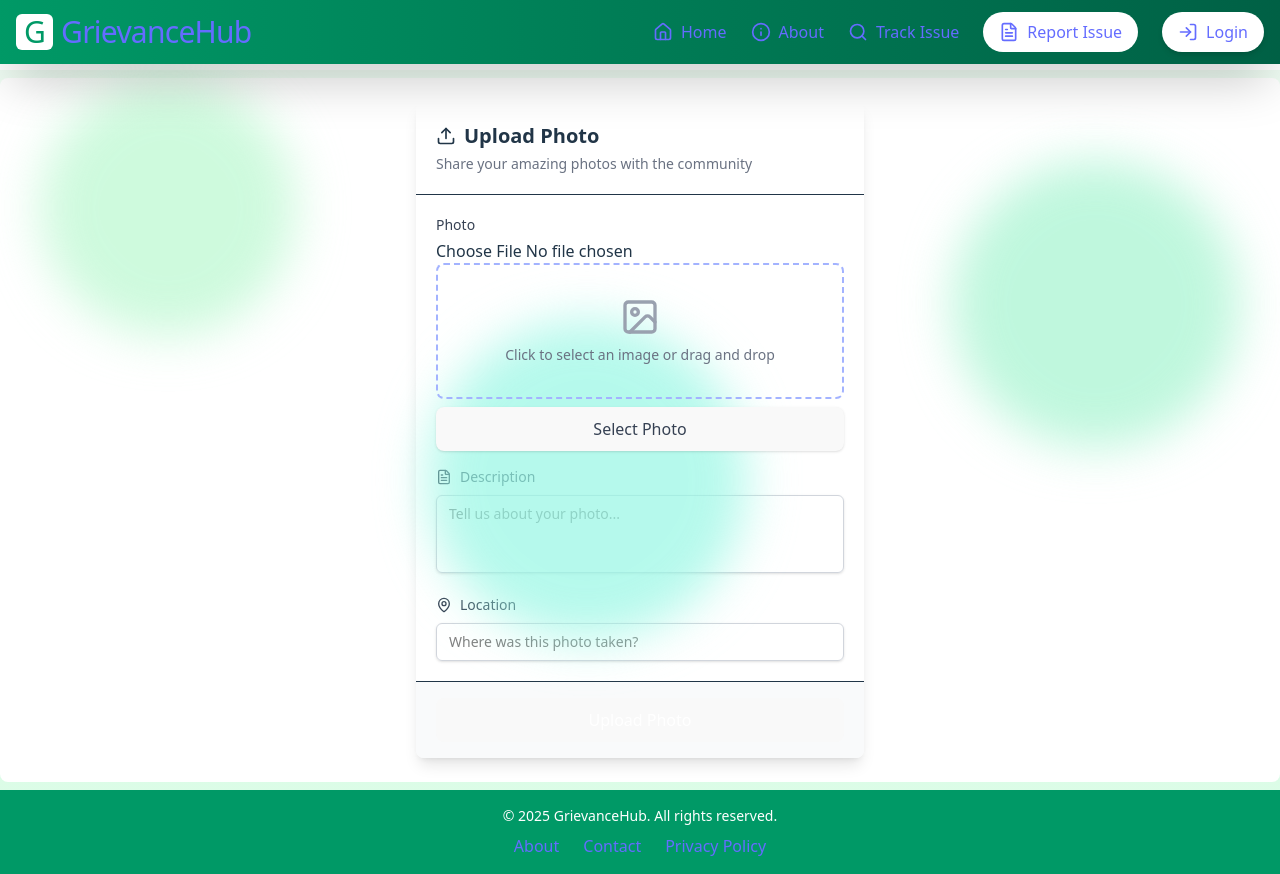
Repository: Aishi4/Grievance-Hub
Page: /report (app in my-vite-Griv/)
These files come from the project's save history. The page is drawn as it stood at one moment and after a run of saves; the edit follows.
The browser window is 1280 px wide. The pictures show the whole page.
The project was rebuilt for these pictures with package versions that can differ from the ones it lists, and the page was loaded fresh each time. Some packages were replaced by stand-ins written for this rebuild. Also part of the build but not shown: my-vite-Griv/vite.config.js, my-vite-Griv/src/Home.jsx, my-vite-Griv/src/ReportSubmit.jsx, my-vite-Griv/src/Report.jsx, my-vite-Griv/src/App.jsx, my-vite-Griv/src/About.jsx, my-vite-Griv/src/TrackIssue.jsx, my-vite-Griv/src/ViewPhoto.jsx and 1 more.

Above is the page before, as saved 2025-03-29 18:39:11.

### my-vite-Griv/src/main.jsx
import { StrictMode } from 'react'
import { createRoot } from 'react-dom/client'
import './index.css'
import App from './App.jsx'
import { Route,createBrowserRouter, createRoutesFromElements, RouterProvider } from 'react-router'
import Layout from './Layout.jsx'
import Home from './Home.jsx'
import Report from './Report.jsx'
import About from './About.jsx'
import TrackIssue from './TrackIssue.jsx'
import ReportSubmit from './ReportSubmit.jsx'
import UploadPhoto from './UploadPhoto.jsx'
import ViewPhoto from './ViewPhoto.jsx'
import AdminPanel from './AdminPanel.jsx'

const router = createBrowserRouter(
  createRoutesFromElements(
    <Route path='/' element={<Layout />}>
      <Route path="" element={<Home />} />
      <Route path="report" element={<UploadPhoto />} />
      <Route path="about" element={<About />} />
      <Route path="track" element={<ViewPhoto />} />
      <Route path='admin' element={<AdminPanel />} />


    </Route>
  )
)

createRoot(document.getElementById('root')).render(
  <StrictMode>




    <RouterProvider router={router} />

  </StrictMode>,
)

### my-vite-Griv/src/Layout.jsx
import { Outlet } from "react-router-dom";
import Navbar from "./Navbar";
import React from "react";
import Footer from "./Footer";

function Layout() {
  return (
    <div className="min-h-screen flex flex-col">
      <Navbar />
      <div className="flex-grow pt-[70px]"> {/* Adjust this padding based on navbar height */}
        <Outlet />
      </div>
      <Footer />
    </div>
  );
}
export default Layout;

### my-vite-Griv/src/UploadPhoto.jsx
"use client"

import { useState, useRef } from "react"
import { supabase } from "./supabase"
import { v4 as uuidv4 } from "uuid"
import { Upload, ImageIcon, MapPin, FileText, X, Check, Loader2 } from "lucide-react"
import { motion, AnimatePresence } from "framer-motion"

export default function UploadPhoto() {
  const [file, setFile] = useState(null)
  const [preview, setPreview] = useState(null)
  const [description, setDescription] = useState("")
  const [location, setLocation] = useState("")
  const [uploadStatus, setUploadStatus] = useState("")
  const [isUploading, setIsUploading] = useState(false)
  const [uploadCode, setUploadCode] = useState(null)
  const fileInputRef = useRef(null)

  const handleFileChange = (e) => {
    const selectedFile = e.target.files?.[0] || null
    setFile(selectedFile)

    if (selectedFile) {
      const reader = new FileReader()
      reader.onload = () => {
        setPreview(reader.result)
      }
      reader.readAsDataURL(selectedFile)
    } else {
      setPreview(null)
    }
  }

  const clearFile = () => {
    setFile(null)
    setPreview(null)
    if (fileInputRef.current) {
      fileInputRef.current.value = ""
    }
  }

  const handleUpload = async () => {
    if (!file) {
      setUploadStatus("Please select a file")
      return
    }

    setIsUploading(true)
    setUploadStatus("Uploading...")

    try {
      const uniqueCode = uuidv4().slice(0, 6) // Generate a 6-character code
      const filePath = `uploads/${uniqueCode}-${file.name}`

      // Upload image to Supabase Storage
      const { data: uploadData, error: uploadError } = await supabase.storage.from("images").upload(filePath, file)

      if (uploadError) {
        throw new Error(uploadError.message)
      }

      // Get the public URL of the uploaded file
      const { data: publicUrlData } = supabase.storage.from("images").getPublicUrl(filePath)
      const imageUrl = publicUrlData.publicUrl

      // Insert into Supabase database
      const { data: insertData, error: insertError } = await supabase
        .from("photos")
        .insert([{ code: uniqueCode, image_url: imageUrl, description, location, status: "Under Review" }])

      if (insertError) {
        throw new Error(insertError.message)
      }

      // Success
      setUploadCode(uniqueCode)
      setUploadStatus("success")
      setFile(null)
      setPreview(null)
      setDescription("")
      setLocation("")
    } catch (error) {
      setUploadStatus(`Error: ${error.message}`)
    } finally {
      setIsUploading(false)
    }
  }

  const resetForm = () => {
    setFile(null)
    setPreview(null)
    setDescription("")
    setLocation("")
    setUploadStatus("")
    setUploadCode(null)
    if (fileInputRef.current) {
      fileInputRef.current.value = ""
    }
  }

    return (
        <div className="flex justify-center items-center min-h-screen min-w-screen bg-gradient-to-b from-green-50 to-green-100">
            <div className="absolute top-0 left-0 w-full h-full overflow-hidden z-0">
        <div className="absolute top-20 left-10 w-64 h-64 bg-green-200 rounded-full mix-blend-multiply filter blur-xl opacity-70 animate-blob"></div>
        <div className="absolute top-40 right-10 w-72 h-72 bg-emerald-200 rounded-full mix-blend-multiply filter blur-xl opacity-70 animate-blob animation-delay-2000"></div>
        <div className="absolute bottom-20 left-1/3 w-80 h-80 bg-teal-200 rounded-full mix-blend-multiply filter blur-xl opacity-70 animate-blob animation-delay-4000"></div>
      </div>
  <div className="bg-white p-6 rounded-lg  w-full">
    <div className="w-full max-w-md mx-auto bg-white rounded-lg shadow-lg overflow-hidden">
      <div className="p-5 border-b">
        <div className="flex items-center gap-2 text-xl font-semibold">
          <Upload className="h-5 w-5" />
          <span>Upload Photo</span>
        </div>
        <p className="text-sm text-gray-500 mt-1">Share your amazing photos with the community</p>
      </div>

      <div className="p-5 space-y-4">
        <AnimatePresence mode="wait">
          {uploadStatus === "success" ? (
            <motion.div
              initial={{ opacity: 0, y: 20 }}
              animate={{ opacity: 1, y: 0 }}
              exit={{ opacity: 0, y: -20 }}
              className="bg-green-50 p-6 rounded-lg text-center"
            >
              <motion.div
                initial={{ scale: 0 }}
                animate={{ scale: 1 }}
                transition={{ delay: 0.2, type: "spring" }}
                className="w-16 h-16 bg-green-100 rounded-full flex items-center justify-center mx-auto mb-4"
              >
                <Check className="h-8 w-8 text-green-600" />
              </motion.div>
              <h3 className="text-lg font-medium text-green-800 mb-2">Upload Successful!</h3>
              <p className="text-green-700 mb-4">Your photo has been uploaded and is under review.</p>
              <div className="bg-green-100 p-3 rounded-md inline-block">
                <p className="text-sm text-green-800">
                  Your code: <span className="font-mono font-bold">{uploadCode}</span>
                </p>
              </div>
              <button
                onClick={resetForm}
                className="mt-4 w-full py-2 px-4 border border-gray-300 rounded-md text-sm font-medium text-gray-700 bg-white hover:bg-gray-50 focus:outline-none focus:ring-2 focus:ring-offset-2 focus:ring-indigo-500 transition-colors"
              >
                Upload Another Photo
              </button>
            </motion.div>
          ) : (
            <motion.div initial={{ opacity: 0 }} animate={{ opacity: 1 }} exit={{ opacity: 0 }} className="space-y-4">
              <div className="space-y-2">
                <label htmlFor="photo" className="block text-sm font-medium text-gray-700 mb-1">
                  Photo
                </label>
                <div className="relative">
                  <input
                    ref={fileInputRef}
                    id="photo"
                    type="file"
                    accept="image/*"
                    onChange={handleFileChange}

                  />

                  <AnimatePresence>
                    {preview ? (
                      <motion.div
                        initial={{ opacity: 0 }}
                        animate={{ opacity: 1 }}
                        exit={{ opacity: 0 }}
                        className="relative aspect-video mb-2 rounded-lg overflow-hidden border-2 border-dashed border-indigo-300"
                      >
                        <img src={preview || "/placeholder.svg"} alt="Preview" className="w-full h-full object-cover" />
                        <button
                          className="absolute top-2 right-2 h-8 w-8 rounded-full bg-red-500 text-white flex items-center justify-center hover:bg-red-600 transition-colors"
                          onClick={clearFile}
                        >
                          <X className="h-4 w-4" />
                        </button>
                      </motion.div>
                    ) : (
                      <motion.div
                        initial={{ opacity: 0 }}
                        animate={{ opacity: 1 }}
                        exit={{ opacity: 0 }}
                        className="border-2 border-dashed border-indigo-300 rounded-lg p-8 text-center cursor-pointer hover:bg-gray-50 transition-colors"
                        onClick={() => fileInputRef.current?.click()}
                      >
                        <motion.div
                          whileHover={{ scale: 1.05 }}
                          whileTap={{ scale: 0.98 }}
                          className="flex flex-col items-center gap-2"
                        >
                          <ImageIcon className="h-10 w-10 text-gray-400" />
                          <p className="text-sm text-gray-500">Click to select an image or drag and drop</p>
                        </motion.div>
                      </motion.div>
                    )}
                  </AnimatePresence>

                  <button
                    type="button"
                    className="w-full mt-2 py-2 px-4 border border-gray-300 rounded-md shadow-sm text-sm font-medium text-gray-700 bg-white hover:bg-gray-50 focus:outline-none focus:ring-2 focus:ring-offset-2 focus:ring-indigo-500 transition-colors"
                    onClick={() => fileInputRef.current?.click()}
                  >
                    {file ? "Change Photo" : "Select Photo"}
                  </button>
                </div>
              </div>

              <div className="space-y-2">
                <label htmlFor="description" className="flex items-center gap-2 text-sm font-medium text-gray-700">
                  <FileText className="h-4 w-4" />
                  <span>Description</span>
                </label>
                <textarea
                  id="description"
                  placeholder="Tell us about your photo..."
                  value={description}
                  onChange={(e) => setDescription(e.target.value)}
                  className="w-full px-3 py-2 border border-gray-300 rounded-md shadow-sm text-black focus:outline-none focus:ring-indigo-500 focus:border-indigo-500 sm:text-sm resize-none"
                  rows={3}
                />
              </div>

              <div className="space-y-2">
                <label htmlFor="location" className="flex items-center gap-2 text-sm font-medium text-gray-700">
                  <MapPin className="h-4 w-4" />
                  <span>Location</span>
                </label>
                <input
                  id="location"
                  type="text"
                  placeholder="Where was this photo taken?"
                  value={location}
                  onChange={(e) => setLocation(e.target.value)}
                  className="w-full px-3 py-2 border border-gray-300 rounded-md shadow-sm focus:outline-none focus:ring-indigo-500 focus:border-indigo-500 sm:text-sm text-black"
                />
              </div>

              {uploadStatus && uploadStatus !== "success" && uploadStatus !== "Uploading..." && (
                <motion.div
                  initial={{ opacity: 0, y: 10 }}
                  animate={{ opacity: 1, y: 0 }}
                  className="text-red-500 text-sm p-2 bg-red-50 rounded"
                >
                  {uploadStatus}
                </motion.div>
              )}
            </motion.div>
          )}
        </AnimatePresence>
      </div>

      <div className="px-5 py-4 bg-gray-50 border-t">
        {uploadStatus !== "success" && (
          <button
            onClick={handleUpload}
            disabled={isUploading || !file}
            className={`w-full py-2 px-4 rounded-md text-sm font-medium text-white focus:outline-none focus:ring-2 focus:ring-offset-2 focus:ring-indigo-500 transition-colors ${
              isUploading || !file ? "bg-indigo-300 cursor-not-allowed" : "bg-indigo-600 hover:bg-indigo-700"
            }`}
          >
            {isUploading ? (
              <span className="flex items-center justify-center">
                <Loader2 className="mr-2 h-4 w-4 animate-spin" />
                Uploading...
              </span>
            ) : (
              <>Upload Photo</>
            )}
          </button>
        )}
      </div>
                </div>
            </div>
            </div>
  )
}

### my-vite-Griv/src/Navbar.jsx
import React, { useState } from 'react';
import { Link } from "react-router-dom";
import { motion } from "framer-motion";
import { Home, Info, Search, FileText, LogIn } from "lucide-react";

const Navbar = () => {
  const [isHovered, setIsHovered] = useState(null);

  const navItems = [
    {
      to: "/",
      label: "Home",
      icon: Home
    },
    {
      to: "/about",
      label: "About",
      icon: Info
    },
    {
      to: "/track",
      label: "Track Issue",
      icon: Search
    },
    {
      to: "/report",
      label: "Report Issue",
      icon: FileText,
      special: true
    }
  ];

  return (
    <motion.nav
      initial={{ opacity: 0, y: -50 }}
      animate={{ opacity: 1, y: 0 }}
      transition={{ duration: 0.6, type: "spring", stiffness: 50 }}
      className="fixed w-full z-50 bg-gradient-to-r from-emerald-600 to-emerald-800 text-white shadow-2xl"
    >
      <div className="container mx-auto px-4 py-3 flex justify-between items-center">
        {/* Logo with Hover Effect */}
        <motion.div
          whileHover={{ scale: 1.1 }}
          whileTap={{ scale: 0.95 }}
        >
          <Link
            to="/"
            className="text-3xl font-extrabold tracking-tight flex items-center space-x-2"
          >
            <span className="bg-white text-emerald-600 px-2 rounded-md">G</span>
            <span>GrievanceHub</span>
          </Link>
        </motion.div>

        {/* Navigation Links and Login */}
        <div className="flex items-center space-x-6">
          {navItems.map((item, index) => (
            <motion.div
              key={item.to}
              onHoverStart={() => setIsHovered(index)}
              onHoverEnd={() => setIsHovered(null)}
              className="relative"
            >
              <Link
                to={item.to}
                className={`
                  flex items-center space-x-2
                  ${item.special
                    ? 'bg-white text-emerald-600 px-4 py-2 rounded-full'
                    : 'text-white hover:text-emerald-200'}
                  transition-all duration-300
                `}
              >
                <item.icon size={20} />
                <span>{item.label}</span>
              </Link>

              {!item.special && isHovered === index && (
                <motion.div
                  layoutId="underline"
                  className="absolute bottom-[-6px] left-0 right-0 h-1 bg-white rounded-full"
                  initial={{ width: 0 }}
                  animate={{ width: '100%' }}
                />
              )}
            </motion.div>
          ))}

          {/* Login Button */}
          <motion.div
            whileHover={{ scale: 1.05 }}
            whileTap={{ scale: 0.95 }}
          >
            <Link
              to="/login"
              className="flex items-center space-x-2 bg-white text-emerald-700 px-4 py-2 rounded-full font-semibold shadow-md hover:bg-emerald-50 transition-all duration-300"
            >
              <LogIn size={20} />
              <span>Login</span>
            </Link>
          </motion.div>
        </div>
      </div>
    </motion.nav>
  );
};

export default Navbar;

### my-vite-Griv/src/Footer.jsx
const Footer = () => {
    return (
      <footer className="w-full bg-emerald-600 text-white py-4 text-center">
        <p className="text-sm">&copy; {new Date().getFullYear()} GrievanceHub. All rights reserved.</p>
        <div className="flex justify-center space-x-6 mt-2">
          <a href="/about" className="hover:underline">About</a>
          <a href="/contact" className="hover:underline">Contact</a>
          <a href="/privacy" className="hover:underline">Privacy Policy</a>
        </div>
      </footer>
    );
};
export default Footer;

### my-vite-Griv/src/supabase.js
import { createClient } from "@supabase/supabase-js";

const SUPABASE_URL = "https://sttpmwjxcnlfphnplylt.supabase.co";
const SUPABASE_ANON_KEY =
  "eyJhbGciOiJIUzI1NiIsInR5cCI6IkpXVCJ9.eyJpc3MiOiJzdXBhYmFzZSIsInJlZiI6InN0dHBtd2p4Y25sZnBobnBseWx0Iiwicm9sZSI6ImFub24iLCJpYXQiOjE3NDMyMjY0NzYsImV4cCI6MjA1ODgwMjQ3Nn0.PveWFl7QQpdJSmyEdTsNMzChrysuaJmnoFUdfG0cV_4";

export const supabase = createClient(SUPABASE_URL, SUPABASE_ANON_KEY);

Loaded but not shown: my-vite-Griv/index.html (common file); my-vite-Griv/src/index.css (common file)

After the next 2 saves:
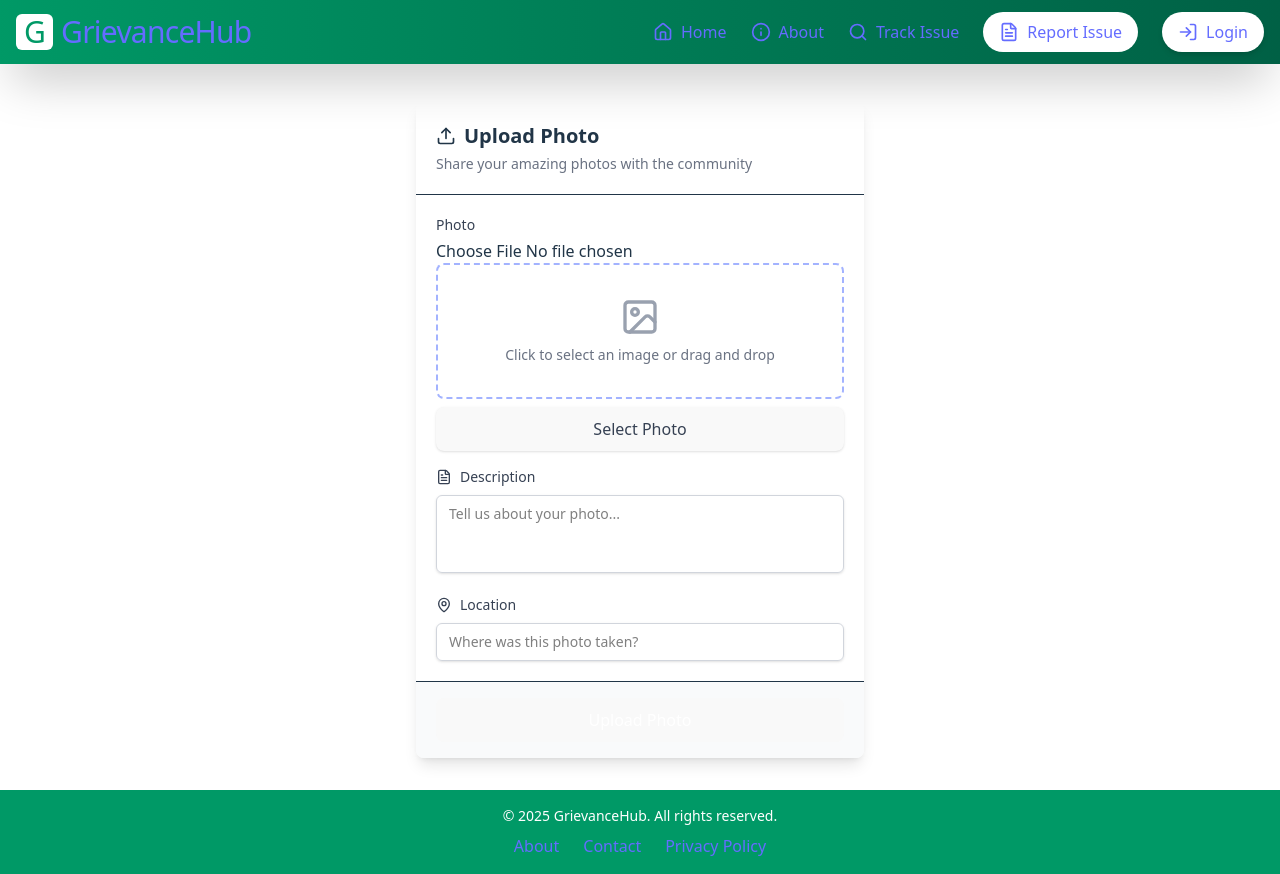
The 2 saves are shown as one change because they came seconds apart.
The last was saved 42 s later.
--- a/my-vite-Griv/src/UploadPhoto.jsx
+++ b/my-vite-Griv/src/UploadPhoto.jsx
@@ -99,12 +99,8 @@ export default function UploadPhoto() {
   }
 
     return (
-        <div className="flex justify-center items-center min-h-screen min-w-screen bg-gradient-to-b from-green-50 to-green-100">
-            <div className="absolute top-0 left-0 w-full h-full overflow-hidden z-0">
-        <div className="absolute top-20 left-10 w-64 h-64 bg-green-200 rounded-full mix-blend-multiply filter blur-xl opacity-70 animate-blob"></div>
-        <div className="absolute top-40 right-10 w-72 h-72 bg-emerald-200 rounded-full mix-blend-multiply filter blur-xl opacity-70 animate-blob animation-delay-2000"></div>
-        <div className="absolute bottom-20 left-1/3 w-80 h-80 bg-teal-200 rounded-full mix-blend-multiply filter blur-xl opacity-70 animate-blob animation-delay-4000"></div>
-      </div>
+        <div className="flex justify-center items-center min-h-screen min-w-screen bg-white">
+
   <div className="bg-white p-6 rounded-lg  w-full">
     <div className="w-full max-w-md mx-auto bg-white rounded-lg shadow-lg overflow-hidden">
       <div className="p-5 border-b">
